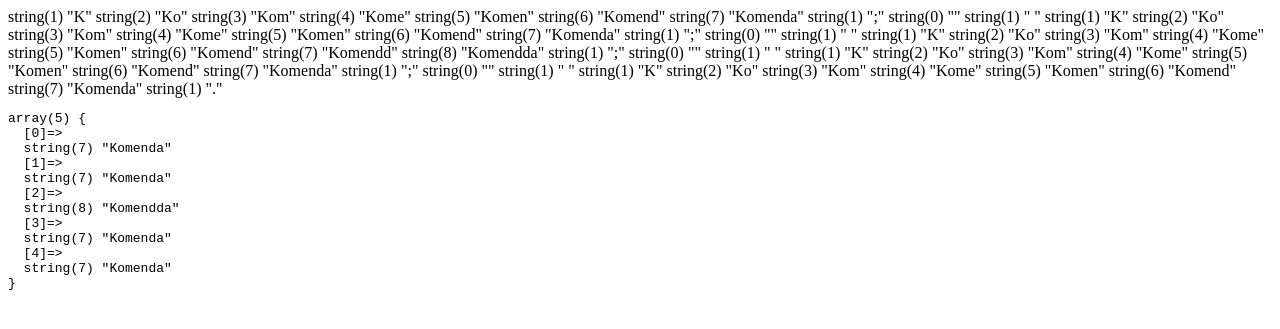
Repository: mahoone/revising_php
Page: http://localhost/Config.php
These files come from the project's save history. The page is drawn as it stood at one moment and after the next save; the edit follows.
The browser window is 1280 px wide. The pictures show the whole page.
The page is run by PHP 8.4 with error messages shown; the project is at /var/www/html/.

Above is the page before, as saved 2020-06-01 22:06:59.

After the next save:
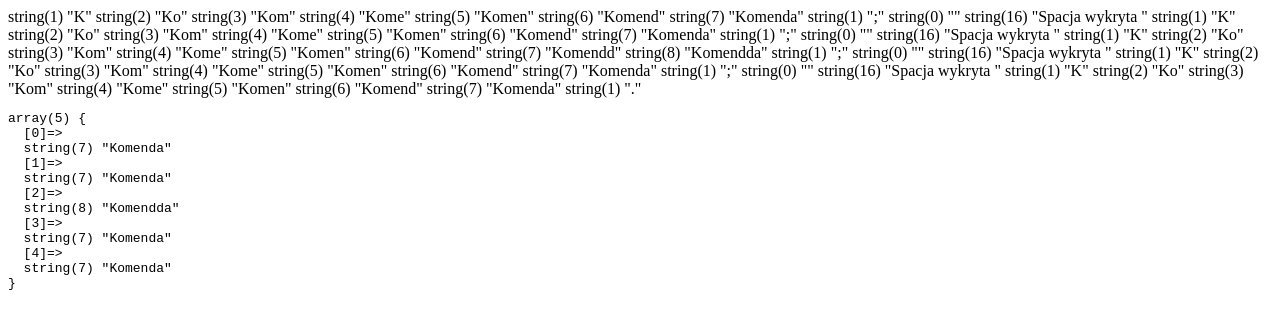
Saved 3 min 8 s later.
--- a/Config.php
+++ b/Config.php
@@ -9,7 +9,7 @@ for($i = 0; $i < strlen($tekst); $i++)
    switch($tekst[$i])
    {
         case ' ':
-            var_dump($tekst[$i]);
+            var_dump('Spacja wykryta '.$tekst[$i]);
             continue 2;
         case '.':
             var_dump($tekst[$i]);
